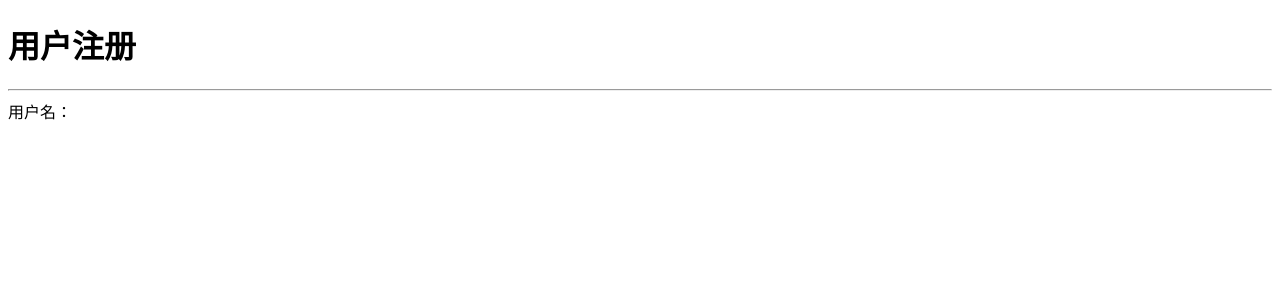
Repository: chengshide/Servlet
Page: http://localhost/ServletGetFormInfoDemo/reg.jsp
An editor plug-in stored every save of this project. The page is shown before and after the next save, followed by the edit.
The browser window is 1280 px wide. The pictures show the whole page.
The page is served by Tomcat 9. Nobody is signed in. The application's start-up code is not run. Other server files are loaded and not shown.

Above is the page before, as saved 2020-05-16 06:22:51.

### eclipseworlk/ServletGetFormInfoDemo/WebContent/reg.jsp
<%@ page language="java" contentType="text/html; charset=utf-8"
    pageEncoding="utf-8"%>
<!DOCTYPE html>
<html>
<head>
<meta charset="utf-8">
<title>Insert title here</title>
</head>
<body>
   <h1>用户注册</h1>
   <hr>
   <form action="servlet/RegServlet" name="regForm" method="post">
     <table border="0" width="800" cellspacing="0" cellpadding="0">
       <tr>
         <td class="lalel">用户名：</td>
       </tr>
     </table>
   </form>
</body>
</html>

After the next save:
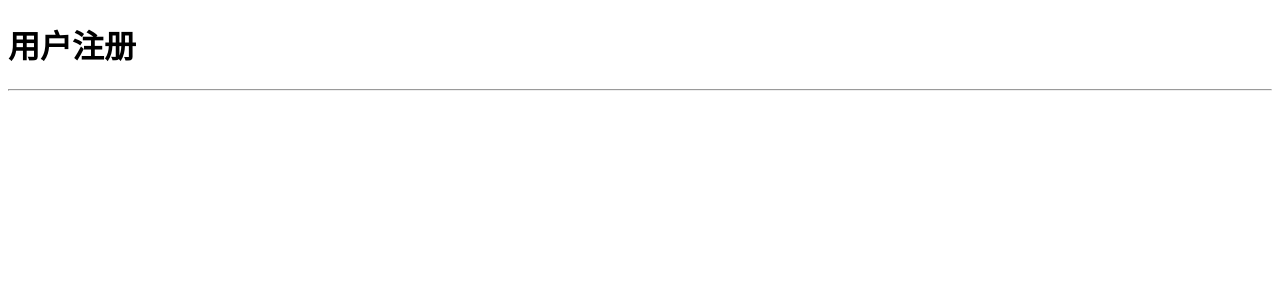
Saved 3 min 42 s later.
--- a/eclipseworlk/ServletGetFormInfoDemo/WebContent/reg.jsp
+++ b/eclipseworlk/ServletGetFormInfoDemo/WebContent/reg.jsp
@@ -10,11 +10,7 @@
    <h1>用户注册</h1>
    <hr>
    <form action="servlet/RegServlet" name="regForm" method="post">
-     <table border="0" width="800" cellspacing="0" cellpadding="0">
-       <tr>
-         <td class="lalel">用户名：</td>
-       </tr>
-     </table>
+
    </form>
 </body>
 </html>
